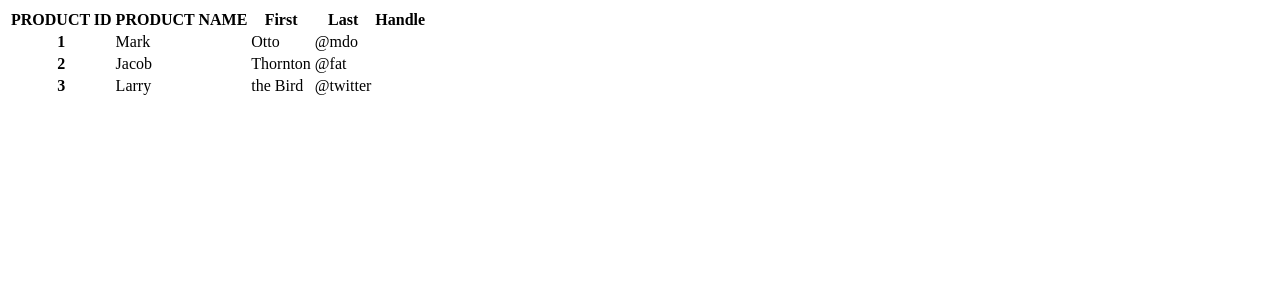
Repository: sukantg-007/Servlet-Examples
Page: http://localhost/webapp17/showproduct.jsp
These files come from the project's save history. The page is drawn as it stood at one moment and after the next save; the edit follows.
The browser window is 1280 px wide. The pictures show the whole page.
The page is served by Tomcat 9. Other server files are loaded and not shown.

Above is the page before, as saved 2021-11-14 07:50:41.

### webapp17/WebContent/showproduct.jsp
<%@ page language="java" contentType="text/html; charset=ISO-8859-1"
    pageEncoding="ISO-8859-1"%>
    <%@taglib uri="http://java.sun.com/jsp/jstl/core" prefix="c" %>
    <%@taglib uri="http://java.sun.com/jsp/jstl/fmt" prefix="fmt"%>
<!DOCTYPE html>
<html>
<head>
<meta charset="ISO-8859-1">
<title>Insert title here</title>
</head>
<body>
<table class="table">
  <thead class="thead-dark">
    <tr>
      <th scope="col">PRODUCT ID</th>
      <th scope="col">PRODUCT NAME</th>
      <th scope="col">First</th>
      <th scope="col">Last</th>
      <th scope="col">Handle</th>
    </tr>
  </thead>
  <tbody>
    <tr>
      <th scope="row">1</th>
      <td>Mark</td>
      <td>Otto</td>
      <td>@mdo</td>
    </tr>
    <tr>
      <th scope="row">2</th>
      <td>Jacob</td>
      <td>Thornton</td>
      <td>@fat</td>
    </tr>
    <tr>
      <th scope="row">3</th>
      <td>Larry</td>
      <td>the Bird</td>
      <td>@twitter</td>
    </tr>
  </tbody>
</table>
</body>
</html>

After the next save:
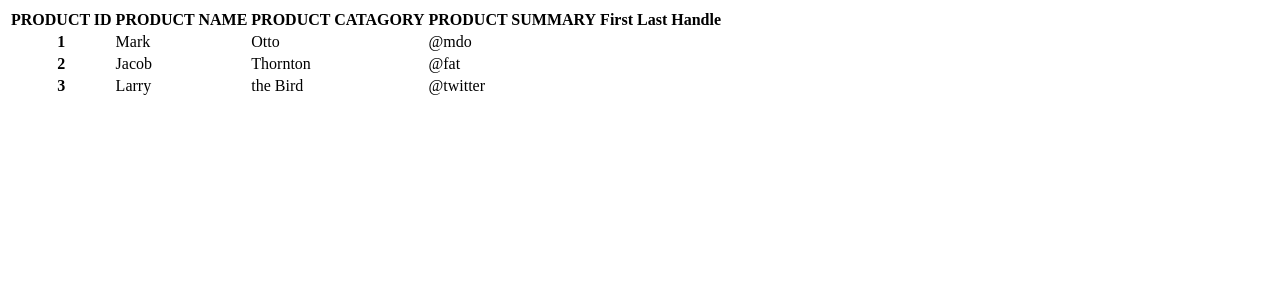
Saved 19 s later.
--- a/webapp17/WebContent/showproduct.jsp
+++ b/webapp17/WebContent/showproduct.jsp
@@ -14,6 +14,9 @@
     <tr>
       <th scope="col">PRODUCT ID</th>
       <th scope="col">PRODUCT NAME</th>
+      <th scope="col">PRODUCT CATAGORY</th>
+      <th scope="col">PRODUCT SUMMARY</th>
+
       <th scope="col">First</th>
       <th scope="col">Last</th>
       <th scope="col">Handle</th>
